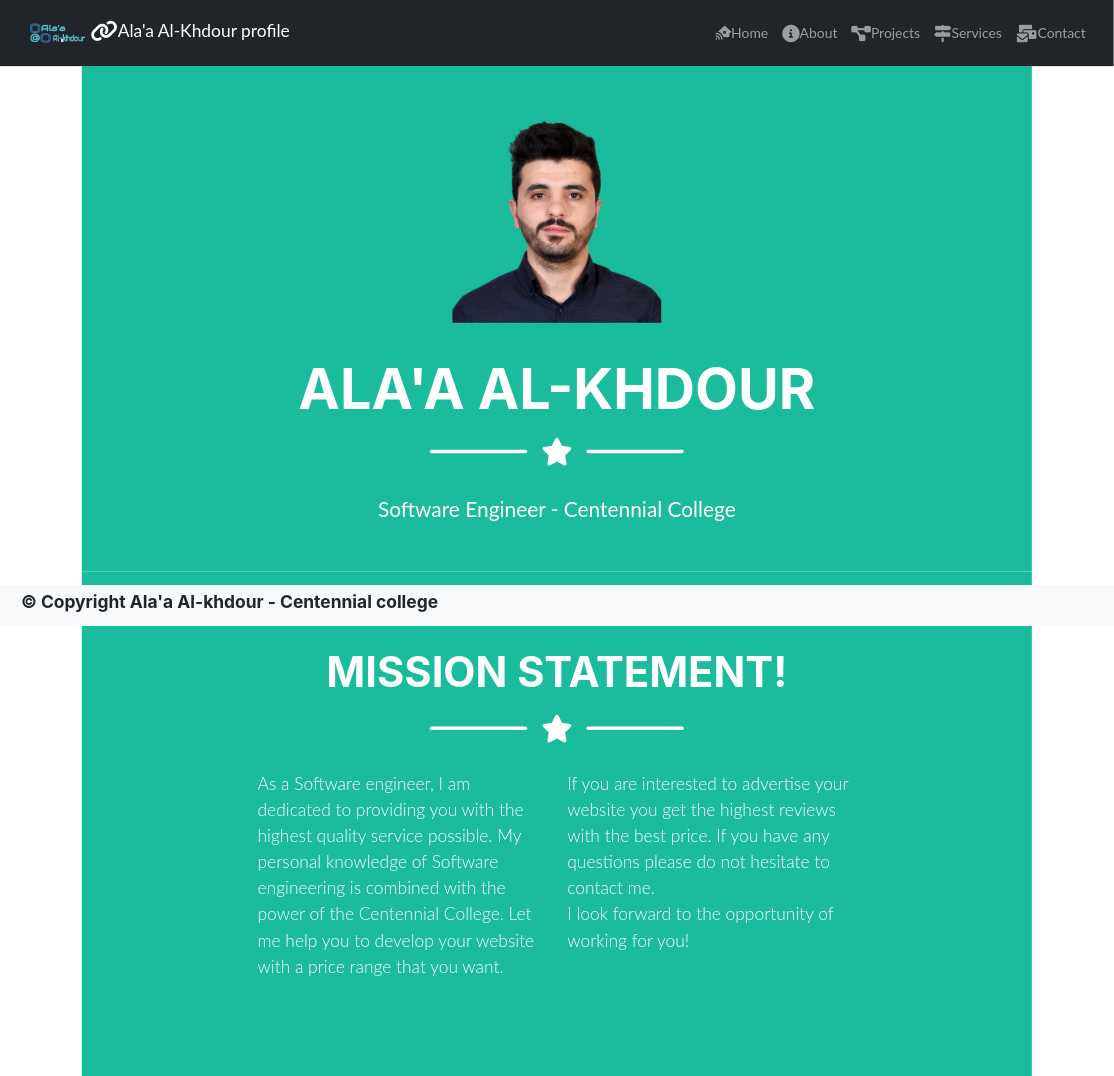
Repository: alaakhdour/heroukulivesite-section1
Page: http://localhost/
An editor plug-in stored every save of this project. The page is shown before and after the next save, followed by the edit.
The browser window is 1280 px wide. The pictures show the whole page, at 87% of full size.
The page is served by the project's Node server (server.js). Other server files are loaded and not shown.

Above is the page before, as saved 2022-06-18 02:41:43.

### Server/Views/index.ejs

<!DOCTYPE html>
<html lang="en">
<head>
    <meta charset="UTF-8">
    <meta http-equiv="X-UA-Compatible" content="IE=edge">
    <meta name="viewport" content="width=device-width, initial-scale=1.0">
    <title><%= title %></title>
    <!-- CSS Section -->
    <link rel="stylesheet" href="./bootstrap/dist/css/bootstrap.min.css">
    <link rel="stylesheet" href="./@fortawsome/fontawesome-free/css/all.min.css">
    <link rel="stylesheet" href="./Content/app.css">
    <link rel="stylesheet" href="./Content/styles.css">
</head>
<body>
    <!-- Main Navigation Section -->
    <header>
        <%- include('./components/header.ejs'); %>
    </header>

    <!-- Content Section-->
    <main>
        <%- include('content/' + page + '.ejs'); %>

    </main>

    <!-- Site-wide footer-->
    <footer>
        <%- include('components/footer.ejs'); %>
    </footer>

    <!-- JavaScript Section -->
    <script src="./jquery/dist/jquery.min.js"></script>
    <script src="./bootstrap/dist/js/bootstrap.min.js"></script>
    <script src="./@fortawesome/fontawesome-free/js/all.min.js"></script>
    <script src="./Scripts/app.js"></script>
</body>
</html>

### Server/Views/components/header.ejs
<nav class="navbar navbar-expand-lg navbar-dark bg-dark">
    <div class="container-fluid">
      <a class="navbar-brand" href="/"> <img src="./Assets/images/logo.png" alt="" width="80" height="50"><i class="fa-solid fa-link fa-lg"></i>Ala'a Al-Khdour profile</a>
      <button class="navbar-toggler" type="button" data-bs-toggle="collapse" data-bs-target="#navbarSupportedContent" aria-controls="navbarSupportedContent" aria-expanded="false" aria-label="Toggle navigation">
        <span class="navbar-toggler-icon"></span>
      </button>
      <div class="collapse navbar-collapse" id="navbarSupportedContent">
        <ul class="navbar-nav ms-auto mb-2 mb-lg-0">
          <li class="nav-item">
            <a class="nav-link" aria-current="page" href="/home"><i class="fa-solid fa-house-signal"></i>Home</a>
          </li>

          <li class="nav-item">
            <a class="nav-link" aria-current="page" href="/about"><i class="fa-solid fa-circle-info fa-lg"></i>About</a>
          </li>

          <li class="nav-item">
            <a class="nav-link" aria-current="page" href="/projects"><i class="fa-solid fa-diagram-project fa-lg"></i>Projects</a>
          </li>

          <li class="nav-item">
            <a class="nav-link" aria-current="page" href="/services"><i class="fa-solid fa-signs-post fa-lg"></i>Services</a>
          </li>

          <li class="nav-item">
            <a class="nav-link" aria-current="page" href="/contact"><i class="fa-solid fa-envelopes-bulk fa-lg"></i>Contact </a>
          </li>


        </ul>
      </div>
    </div>
  </nav>

### Server/Views/content/home.ejs
<div class="container">
    <header class="masthead bg-primary text-white text-center" style="padding:5%;">
        <div class="container d-flex align-items-center flex-column">
            <!-- Masthead Avatar Image-->
            <img class="masthead-avatar mb-5" src="./Assets/images/Alaa.jpg" alt="..." />
            <!-- Masthead Heading-->
            <h1 class="masthead-heading text-uppercase mb-0">Ala'a Al-khdour</h1>
            <!-- Icon Divider-->
            <div class="divider-custom divider-light">
                <div class="divider-custom-line"></div>
                <div class="divider-custom-icon"><i class="fas fa-star"></i></div>
                <div class="divider-custom-line"></div>
            </div>
            <!-- Masthead Subheading-->
            <p class="masthead-subheading font-weight-light mb-0">Software Engineer - Centennial  College</p>
        </div>
    </header>



    <section class="page-section bg-primary text-white mb-0" id="about">
        <div class="container">
            <!-- About Section Heading-->
            <h2 class="page-section-heading text-center text-uppercase text-white">Mission Statement!</h2>
            <!-- Icon Divider-->
            <div class="divider-custom divider-light">
                <div class="divider-custom-line"></div>
                <div class="divider-custom-icon"><i class="fas fa-star"></i></div>
                <div class="divider-custom-line"></div>
            </div>
            <!-- About Section Content-->
            <div class="row">
                <div class="col-lg-4 ms-auto"><p class="lead">As a Software engineer, I am dedicated to providing you with the highest quality service possible. My personal knowledge of Software engineering is combined with the power of the Centennial College.
                    Let me help you to develop your website with a price range that you want.</p></div>
                <div class="col-lg-4 me-auto"><p class="lead"> If you are interested to advertise your website you get the highest reviews with the best price.
                    If you have any questions please do not hesitate to contact me.<br> I look forward to the opportunity of working for you!</p></div>
            </div>

        </div>
    </section>
</div>

### Server/Views/components/footer.ejs
<nav class="navbar fixed-bottom bg-light">
    <div class="container-fluid">
      <h5 id="copyright">&copy; Copyright Ala'a Al-khdour - Centennial college</h5>
    </div>
  </nav>

### server.js
"use strict";
var __importDefault = (this && this.__importDefault) || function (mod) {
    return (mod && mod.__esModule) ? mod : { "default": mod };
};
Object.defineProperty(exports, "__esModule", { value: true });
const app_1 = __importDefault(require("./Server/Config/app"));
const debug_1 = __importDefault(require("debug"));
(0, debug_1.default)('week4:server');
const http_1 = __importDefault(require("http"));
const port = normalizePort(process.env.PORT || '3000');
app_1.default.set('port', port);
const server = http_1.default.createServer(app_1.default);
server.listen(port);
server.on('error', onError);
server.on('listening', onListening);
function normalizePort(val) {
    let port = parseInt(val, 10);
    if (isNaN(port)) {
        return val;
    }
    if (port >= 0) {
        return port;
    }
    return false;
}
function onError(error) {
    if (error.syscall !== 'listen') {
        throw error;
    }
    let bind = typeof port === 'string'
        ? 'Pipe ' + port
        : 'Port ' + port;
    switch (error.code) {
        case 'EACCES':
            console.error(bind + ' requires elevated privileges');
            process.exit(1);
            break;
        case 'EADDRINUSE':
            console.error(bind + ' is already in use');
            process.exit(1);
            break;
        default:
            throw error;
    }
}
function onListening() {
    let addr = server.address();
    let bind = 'pipe ' + addr;
    (0, debug_1.default)('Listening on ' + bind);
}
//# sourceMappingURL=server.js.map

### Server/Routes/index.js
"use strict";
var __importDefault = (this && this.__importDefault) || function (mod) {
    return (mod && mod.__esModule) ? mod : { "default": mod };
};
Object.defineProperty(exports, "__esModule", { value: true });
const express_1 = __importDefault(require("express"));
const router = express_1.default.Router();
router.get('/', function (req, res, next) {
    res.render('index', { title: 'Home', page: 'home' });
});
router.get('/home', function (req, res, next) {
    res.render('index', { title: 'Home', page: 'home' });
});
router.get('/about', function (req, res, next) {
    res.render('index', { title: 'About Us', page: 'about' });
});
router.get('/projects', function (req, res, next) {
    res.render('index', { title: 'My Projects', page: 'projects' });
});
router.get('/services', function (req, res, next) {
    res.render('index', { title: 'My services', page: 'services' });
});
router.get('/contact', function (req, res, next) {
    res.render('index', { title: 'contact us', page: 'contact' });
});


exports.default = router;
//# sourceMappingURL=index.js.map

### Client/data/data.json
{
    "FullName": "AlaaAlkhdour",
    "ContactNumber": "999999999999",
    "EmailAddress": "ala@example.com"
}

### content/app.css
h1
{
    font-size: 70px;
    font-family: Verdana, Geneva, Tahoma, sans-serif;
}

### scripts/app.js
//IIFE
(function()
{

    function Start()
    {
        console.log("App Started!");

        // use AJAX to read JSON file

        // Step 1: Create a new XHR object
        let XHR = new XMLHttpRequest();

        // Step 2: Create the request
        XHR.open("GET", "../data/data.json");

        // Step 3: Send the request
        XHR.send();

        // Step 4: create an event listener/handler
        XHR.addEventListener("readystatechange", function()
        {
            if(XHR.readyState == 4 && XHR.status == 200)
            {
                console.log("JSON Data:");
                console.log("===========");
                console.log(XHR.responseText);
            }
        });
    }

    window.addEventListener("load", Start);

})();

Loaded but not shown: Client/content/styles.css (library)

After the next save:
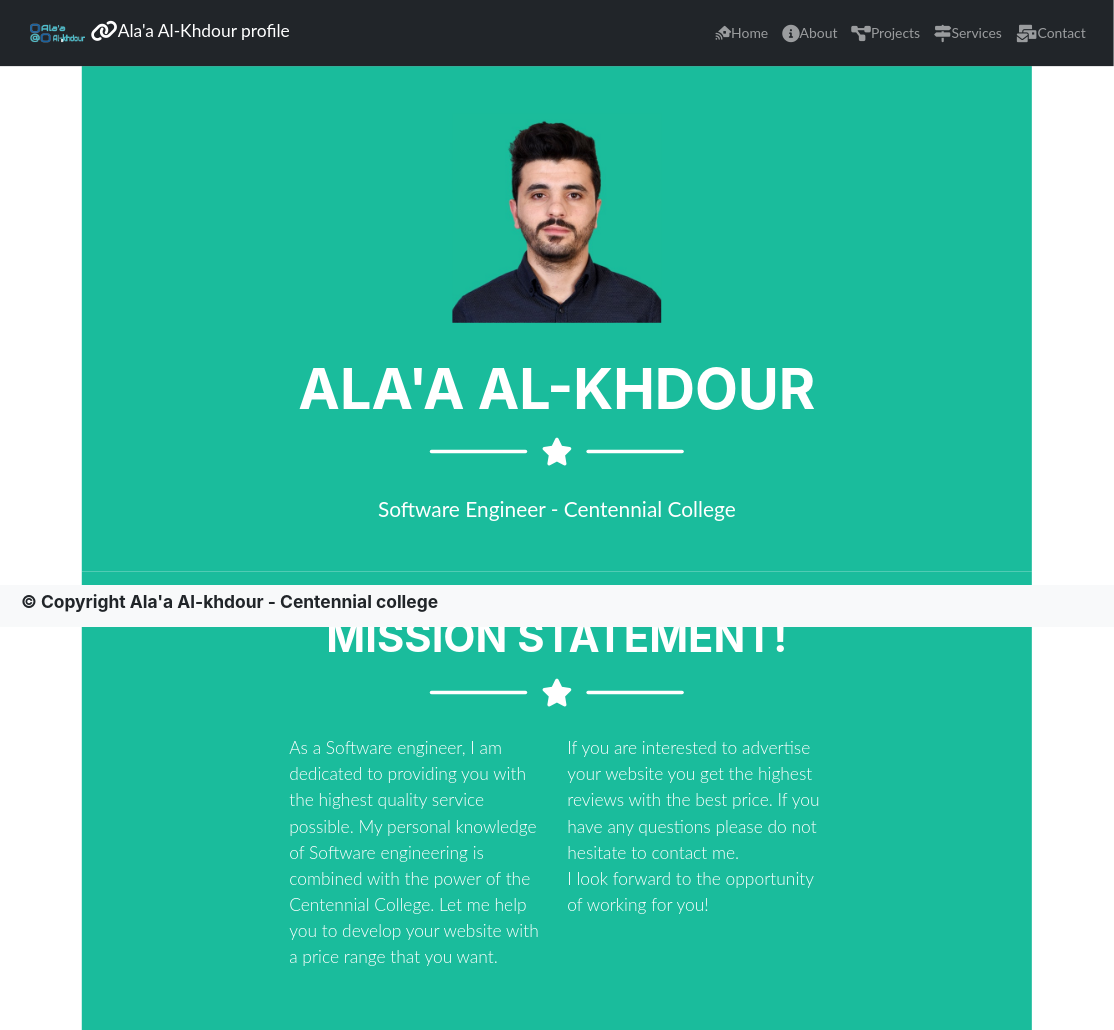
Saved 91 s later.
--- a/Server/Views/content/home.ejs
+++ b/Server/Views/content/home.ejs
@@ -18,7 +18,7 @@
 
 
 
-    <section class="page-section bg-primary text-white mb-0" id="about">
+    <section class="page-section bg-primary text-white mb-0" id="about" style="padding:5%;">
         <div class="container">
             <!-- About Section Heading-->
             <h2 class="page-section-heading text-center text-uppercase text-white">Mission Statement!</h2>
